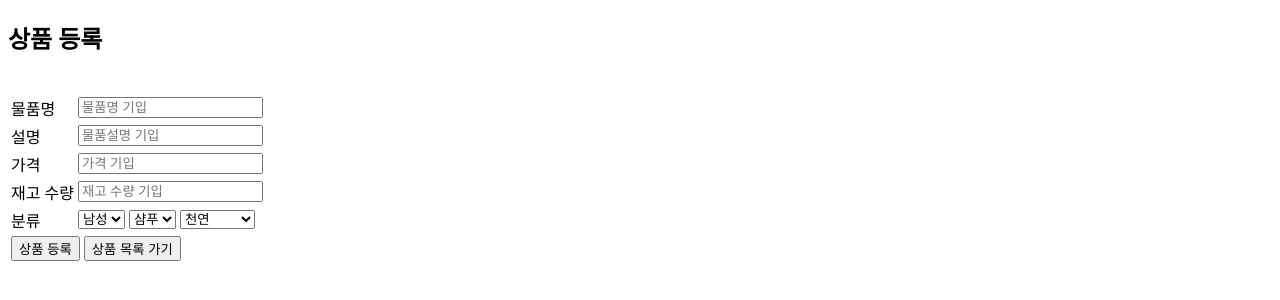
Repository: zxcvb2355/product
Page: http://localhost/product/WEB-INF/view/product/productInsertForm.jsp
An editor plug-in stored every save of this project. The page is shown before and after the next save, followed by the edit.
The browser window is 1280 px wide. The pictures show the whole page.
The page is served by Tomcat 9. Nobody is signed in. Other server files are loaded and not shown. The template is opened directly, without the code that normally fills it, so the values that code supplies are empty.

Above is the page before, as saved 2023-02-03 05:47:34.

### product/webapp/WEB-INF/view/product/productInsertForm.jsp
<%@ page language="java" contentType="text/html; charset=UTF-8"
    pageEncoding="UTF-8"%>
<!DOCTYPE html>
<html>
<head>
<meta charset="UTF-8">
<title>상품 등록</title>
</head>
<body>
<h2>상품 등록</h2><br>
<form id="insert" name="insert">
<table>
<tr>
<td>물품명</td>
<td><input type="text" id="pname" name="pname" placeholder="물품명 기입"></td>
</tr>
<tr>
<td>설명</td>
<td><input type="textarea" id="pcontent" name="pcontent" placeholder="물품설명 기입">
</td>
</tr>
<tr>
<td>가격</td>
<td><input type="text" id="ppay" name="ppay" placeholder="가격 기입"></td>
</tr>
<tr>
<td>재고 수량</td>
<td><input type="text" id="pcount" name="pcount" placeholder="재고 수량 기입"></td>
</tr>
<tr>
<td>분류</td>
<td><select id="p1">
	<option value="01" id="pcate1" selected>남성</option>
	<option value="02" id="pcate2">여성</option>
</select>
<select id="pc">
	<option value="01" id="pcate_d1" selected>샴푸</option>
	<option value="02" id="pcate_d2">로션</option>
</select>
<select id="de">
	<option value="01" id="detail_p2" selected>천연</option>
	<option value="02" id="detail_p3">모공 축소</option>
	<option value="03" id="detail_p4">향기</option>
	<option value="04" id="detail_p5">기타</option>
</select>
</td>
<input type="hidden" id="pcategory" name="pcategory" value="">
<input type="hidden" id="pcategory_detail" name="pcategory_detail" value="">
<input type="hidden" id="detail_product" name="detail_product" value="">
</tr>
<tr>
<td colspan="2"><input type="button" id="insertBtn" value="상품 등록">
<input type="button" id="selectBtn" value="상품 목록 가기">
</td>
</tr>
</table>

</form>
</body>
</html>

After the next save:
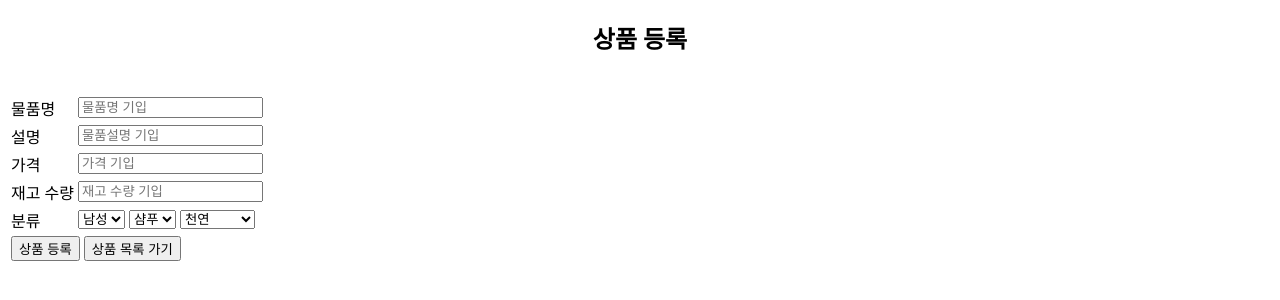
Saved 35 s later.
--- a/product/webapp/WEB-INF/view/product/productInsertForm.jsp
+++ b/product/webapp/WEB-INF/view/product/productInsertForm.jsp
@@ -7,7 +7,7 @@
 <title>상품 등록</title>
 </head>
 <body>
-<h2>상품 등록</h2><br>
+<h2 style="text-align:center;">상품 등록</h2><br>
 <form id="insert" name="insert">
 <table>
 <tr>
